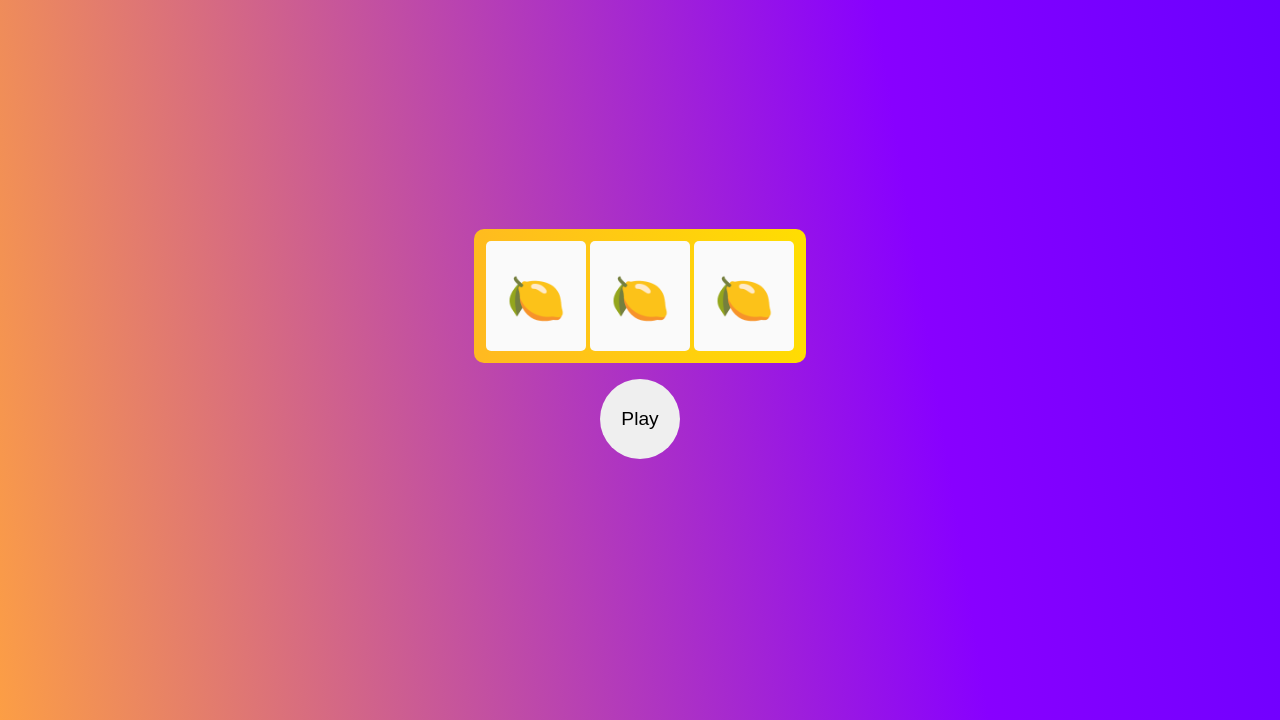
Repository: HERBOD7/slotmachine
Page: /
The author's editor kept a copy of each file at every save. The page is drawn from the files as they stood at one save, then again after the next save.
The browser window is 1280 px wide. The pictures show the whole page.
The project was rebuilt for these pictures with package versions that can differ from the ones it lists, and the page was loaded fresh each time. Also part of the build but not shown: vue.config.js.

Above is the page before, as saved 2023-07-23 12:01:59.

After the next save:
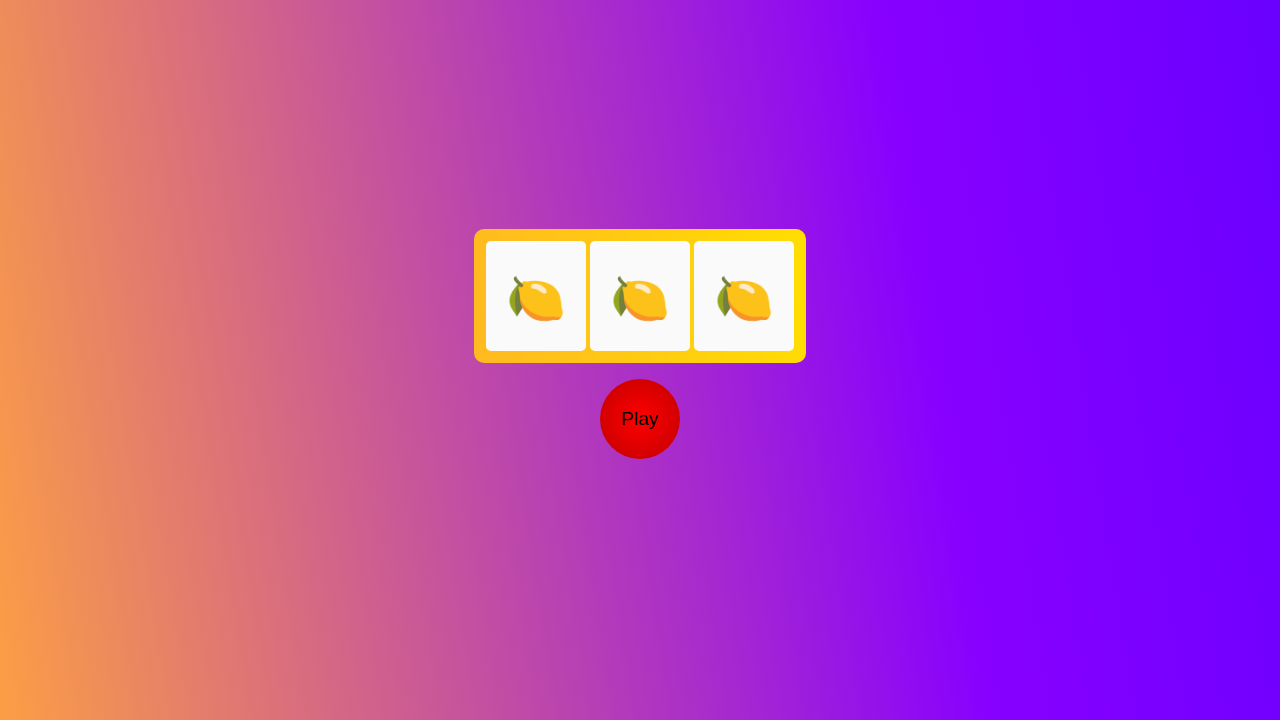
Saved 81 s later.
--- a/src/App.vue
+++ b/src/App.vue
@@ -119,5 +119,11 @@ button {
   height: 80px;
   width: 80px;
   border-radius: 100%;
+  background: rgb(255, 0, 0);
+  background: radial-gradient(
+    circle,
+    rgba(255, 0, 0, 1) 0%,
+    rgba(191, 0, 0, 1) 100%
+  );
 }
 </style>
